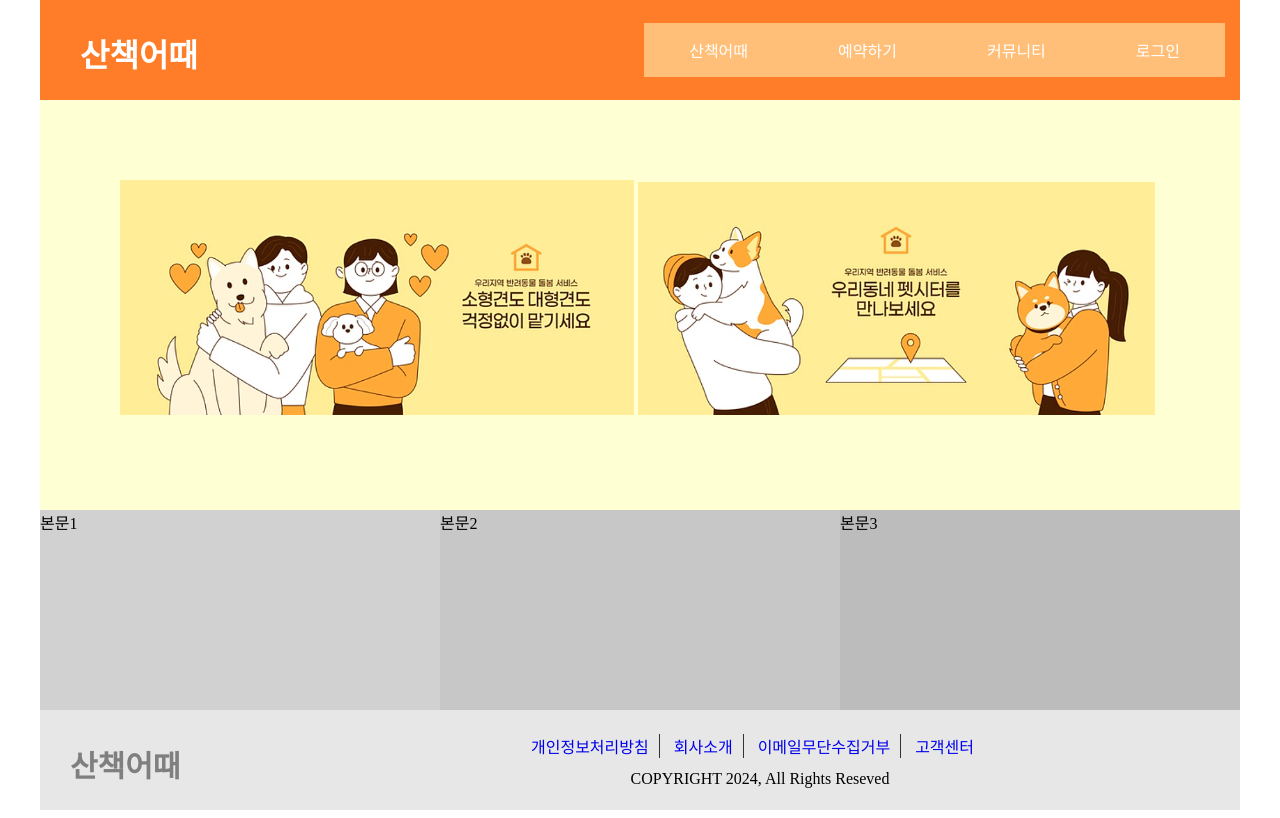
Repository: to-flatwhite1/portfolio
Page: http://localhost/JSP/
The author's editor kept a copy of each file at every save. The page is drawn from the files as they stood at one save, then again after the next save.
The browser window is 1280 px wide. The pictures show the whole page.
The page is served by Tomcat 9.

Above is the page before, as saved 2024-07-04 04:28:23.

After the next save:
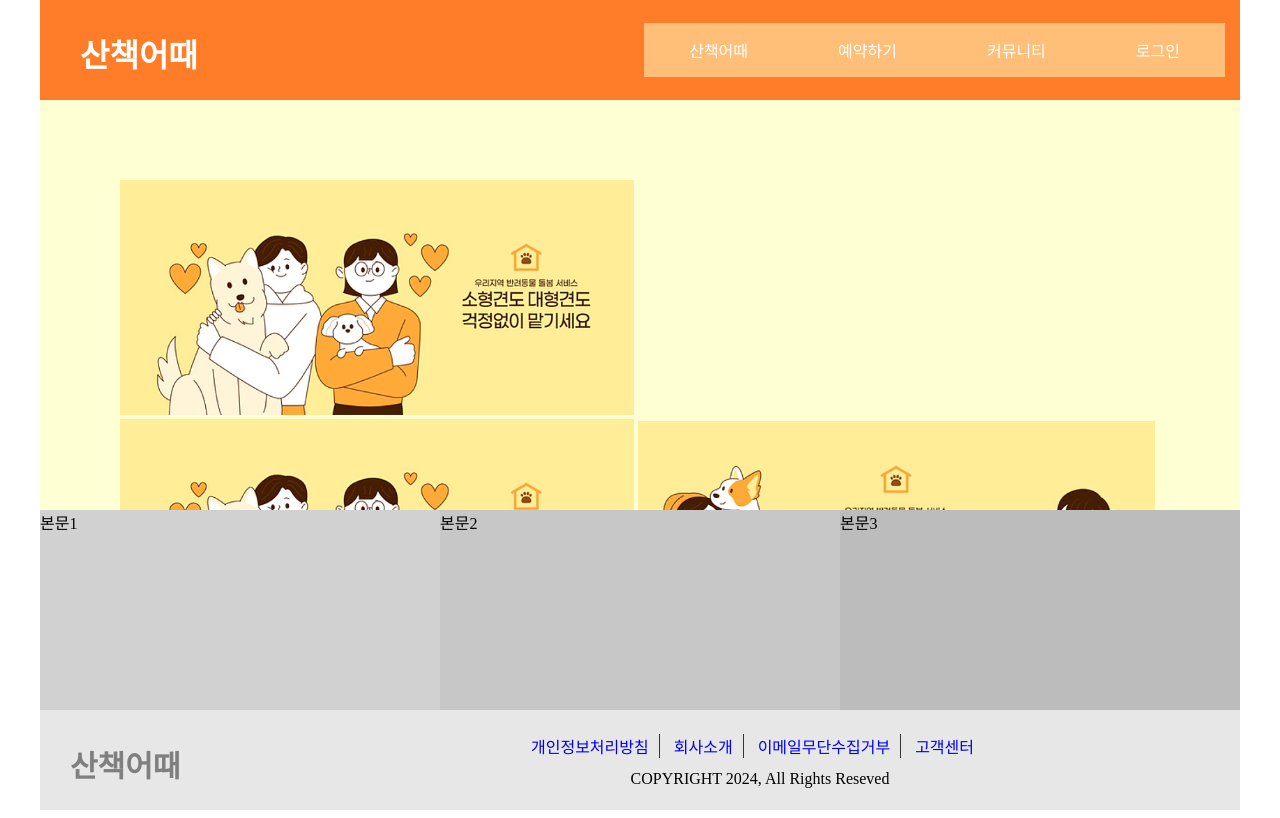
Saved 34 s later.
--- a/JSP/src/main/webapp/index.jsp
+++ b/JSP/src/main/webapp/index.jsp
@@ -47,7 +47,11 @@
         <!-- header 끝 -->
 		<div id="slide">
 			<div class="slide_list">
-				<a href="#"><img src="images/image1.png"></a>
+				<ul>
+					<li><a href="#"><img src="images/image1.png"></a></li>
+					<li><a href="#"><img src="images/image2.png"></a></li>
+				</ul>
+
 				<a href="#"><img src="images/image2.png"></a>
 			</div>
 		</div>
